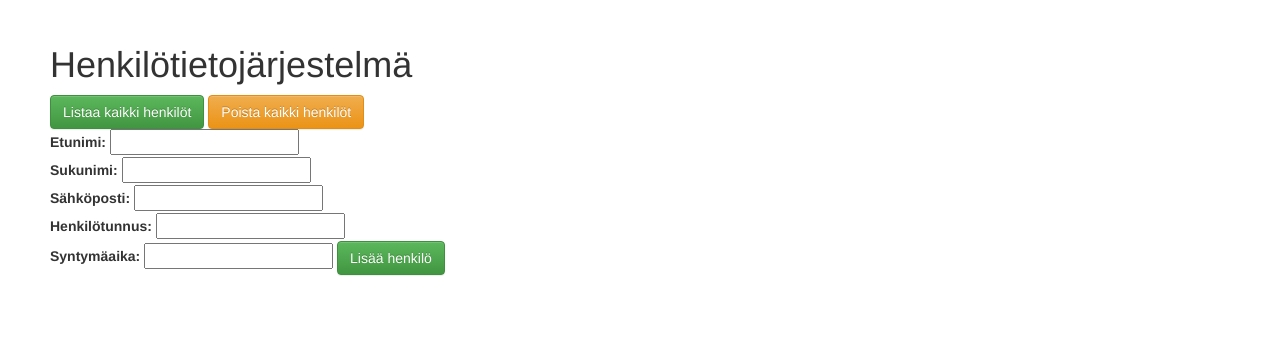
Repository: kuoppal3/henkilotietojarjestelma
Page: http://localhost/
The author's editor kept a record of every edit. The page is drawn from the files as they stood at one moment, then again after the next edit.
The browser window is 1280 px wide. The pictures show the whole page.
The page is served by the project's Node server (server.js).

Above is the page before.
Console error (its wording comes from the project's code and is left out).

After the next edit:
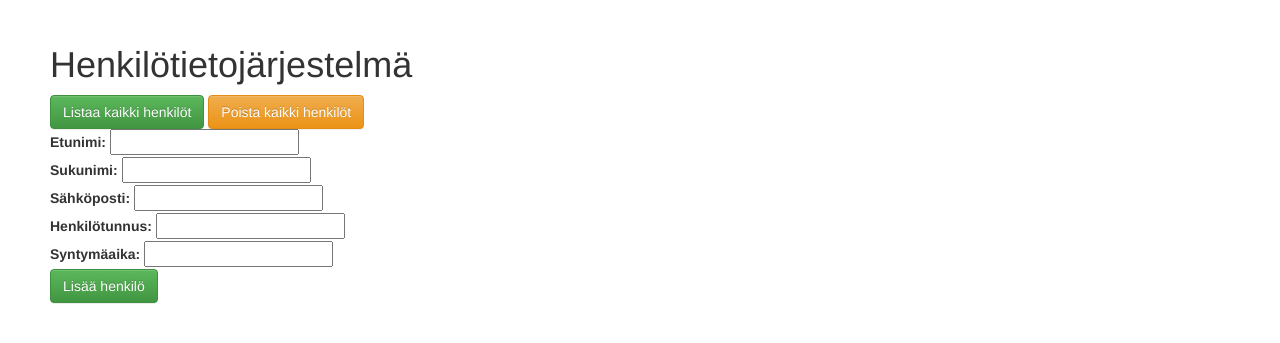
The edit:
--- a/views/index.ejs
+++ b/views/index.ejs
@@ -20,7 +20,7 @@
             <input type="henkilotunnus"> <br>
 
             <label for="syntymaaika">Syntymäaika:</label>
-            <input type="syntymaaika" class="form-group">
+            <input name="syntymaaika"> <br>
 
             <input type="submit" class="btn btn-success" value="Lisää henkilö">
         </form>
